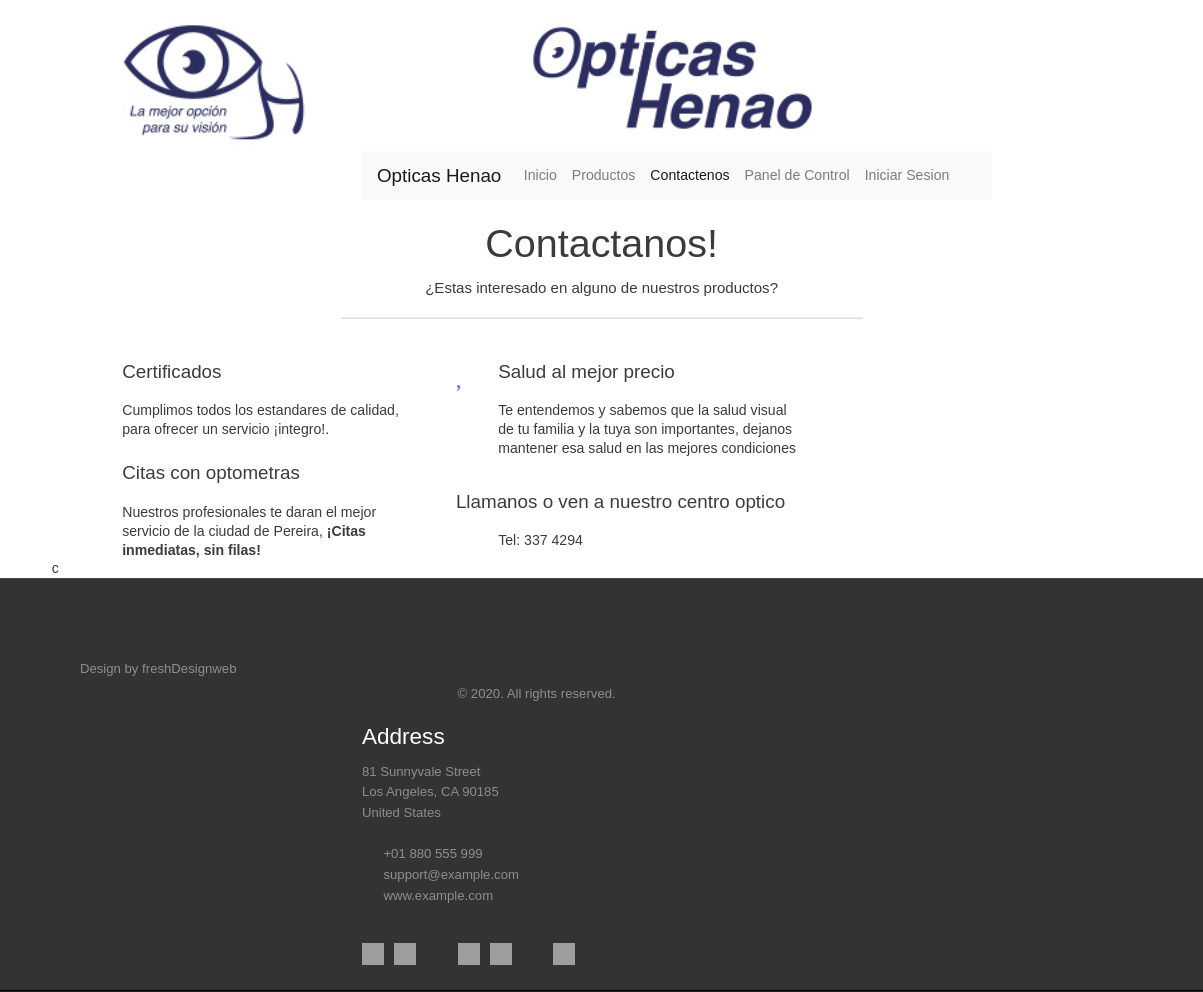
Repository: camilo1505/optometra
Page: contactanos.html
These files come from the project's save history. The page is drawn as it stood at one moment and after the next save; the edit follows.
The browser window is 1280 px wide. The pictures show the whole page, at 94% of full size.
Pictures or frames that could not be fetched are drawn as grey boxes. Some web fonts or font styles are not loaded; a fallback is used.

Above is the page before, as saved 2019-04-14 21:55:48.
Console error (its wording comes from the project's code and is left out).

### contactanos.html
<!DOCTYPE html>
<html lang="es">

<head>
  <meta charset="UTF-8">
  <meta name="viewport" content="width=device-width, initial-scale=1.0">
  <title>Opticas Henao</title>
  <link href="css/styles.css" rel="stylesheet">
  <link href="css/bootstrap-override.css" rel="stylesheet">
  <link href="css/font-awesome/font-awesome.css" rel="stylesheet">
  <link rel="stylesheet" href="css/flexslider.css" type="text/css" media="screen">
</head>

<body>
  <header id="header">
    <div class="container">
      <div class="row t-container">
        <div class="span3">
          <div class="logo">
            <a href="index.html"><img src="logo.png" alt="" /></a>
          </div>
        </div>
        <div class="span7">
          <div class="row space10"></div>
          <img src="nombre.png" alt="">
          <nav class="navbar navbar-expand-lg navbar-light bg-light">
            <a class="navbar-brand" href="index.html">Opticas Henao</a>
            <button class="navbar-toggler" type="button" data-toggle="collapse" data-target="#navbarSupportedContent"
              aria-controls="navbarSupportedContent" aria-expanded="false" aria-label="Toggle navigation">
              <span class="navbar-toggler-icon"></span>
            </button>
            <div class="collapse navbar-collapse" id="navbarNav">
              <ul class="navbar-nav">
                <li>
                  <a class="nav-link" href="index.html">Inicio<span class="sr-only">(current)</span></a>
                </li>
                <li>
                  <a class="nav-link" href="productos.php">Productos<span class="sr-only">(current)</span></a>
                </li>
                <li class="nav-item active">
                  <a class="nav-link" href="contactanos.html">Contactenos<span class="sr-only">(current)</span></a>
                </li>
                <li>
                  <a class="nav-link" href="php/panel-control.php">Panel de Control<span class="sr-only">(current)</span></a>
                </li>
                <li>
                    <a class="nav-link" href="login.html">Iniciar Sesion<span class="sr-only">(current)</span></a>
                </li>
              </ul>
            </div>
          </nav>
        </div>
      </div>
  </header>

  <div id="content">
    <div class="container">
      <div class="f-center">
        <h2>Contactanos!</h2>
        <div class="head-info">
          ¿Estas interesado en alguno de nuestros productos?
        </div>
      </div>
      <div class="f-hr"></div>
      <div class="row space40"></div>
      <div class="row">
        <div class="span12">
          <div class="row">
            <!-- Service Container -->
            <div class="span4">
              <!-- Service Icon -->
              <div class="ic-1"><i class="icon-ok"></i></div>
              <!-- Service Title -->
              <div class="title-1">
                <h4>Certificados</h4>
              </div>
              <!-- Service Content -->
              <div class="text-1">
                Cumplimos todos los estandares de calidad, para ofrecer un servicio ¡integro!.
              </div>
            </div>
            <!-- Service Container End -->
            <div class="span4">
              <div class="ic-1"><i class="icon-heart"></i></div>
              <div class="title-1">
                <h4>Salud al mejor precio</h4>
              </div>
              <div class="text-1">
                Te entendemos y sabemos que la salud visual de tu familia y la tuya son importantes, dejanos mantener esa salud en las mejores condiciones
              </div>
            </div>
            <div class="span4">
              <div class="ic-1"><i class="icon-eye-open"></i></div>
              <div class="title-1">
                <h4>Citas con optometras</h4>
              </div>
              <div class="text-1">
                Nuestros profesionales te daran el mejor servicio de la ciudad de Pereira,<b> ¡Citas inmediatas, sin filas!</b>
              </div>
            </div>
            <!-- Service Container -->
            <div class="span4">
              <!-- Service Icon -->
              <div class="ic-1"><i class="icon-phone"></i></div>
              <!-- Service Title -->
              <div class="title-1">
                <h4>Llamanos o ven a nuestro centro optico</h4>
              </div>
              <!-- Service Content -->
              <div class="text-1">
                Tel: 337 4294

              </div>
            </div>
          </div>
        </div>
        c
      </div>
    </div>
  </div>
  <!-- Content End -->

  <!-- Footer -->
  <footer id="footer">
    <div class="container">

      <div class="row space50"></div>
      <div class="row">
        <div class="span6">
          <div class="logo-footer">
            Design by <a href="https://www.freshdesignweb.com">freshDesignweb</a>
          </div>
        </div>
        <div class="span6 right">
          &copy; 2020. All rights reserved.
        </div>
        <div class="span3 offset3">
          <h3>Address</h3>
          81 Sunnyvale Street<br>
          Los Angeles, CA 90185<br>
          United States<br>
          <br>
          <i class="icon-phone"></i>+01 880 555 999<br>
          <i class="icon-envelope"></i><a href="mailto:support@example.com">support@example.com</a><br>
          <i class="icon-home"></i><a href="#">www.example.com</a>

          <div class="row space40"></div>

          <a href="#" class="social-network sn2 behance"></a>
          <a href="#" class="social-network sn2 facebook"></a>
          <a href="#" class="social-network sn2 pinterest"></a>
          <a href="#" class="social-network sn2 flickr"></a>
          <a href="#" class="social-network sn2 dribbble"></a>
          <a href="#" class="social-network sn2 lastfm"></a>
          <a href="#" class="social-network sn2 forrst"></a>
          <a href="#" class="social-network sn2 xing"></a>
        </div>
      </div>

    </div>
  </footer>
  <!-- Footer End -->
  <!-- JavaScripts -->
  <script type="text/javascript" src="js/jquery-1.8.3.min.js"></script>
  <script type="text/javascript" src="js/bootstrap.min.js"></script>
  <script type="text/javascript" src="js/functions.js"></script>
  <script type="text/javascript" defer src="js/jquery.flexslider.js"></script>
</body>

</html>

### css/bootstrap-override.css
/*  Resolutions below 1200px  */

@media (max-width: 1200px) {

  #header {
	  height:auto;
  }
  #titlebar h3{ padding-left:10px;}
  .texture{
    left:-148px;
    width:560px;
  }

  .texture-footer {
    width:68%;
    right:-130px;
  }

  .logo {
    margin-top:60px;
  }

  .form-main input, .form-main textarea {
    width:93.7%;
  }

  .form-comment input {
    width:92.2%;
  }

  .form-comment textarea {
    width:96.2%;
  }

  #map {
    height:220px;
  }

}

/*  Resolutions below 980px  */

@media (max-width: 980px) {

  #header {
    height:auto;
  }

  .texture{
    left:-116px;
    width:440px;
  }

  .texture-footer {
    width:70%;
    top:0px;
    right:-102px;
  }

  .logo {
    margin-top:45px;
  }

  .form-main input, .form-main textarea {
    width:92%;
  }

  .form-comment input {
    width:89.5%;
  }

  .form-comment textarea {
    width:95%;
  }

  #map {
    height:166px;
  }

}

/*  Resolutions below 768px  */

@media (max-width: 768px) {

  #header, #footer, #content {
    padding:0 12px;
  }

  #header {
    height:auto;
  }

  .h-button {
    position:relative;
  }

  #our-clients img {
    width:auto !important;
    float:left;
  }

  .f-right {
    float:left !important;
  }

  .right {
    text-align:left !important;
  }

  .text-1 {
    padding:0px !important;
  }

  .back-top {
    top:0px !important;
    float:left !important;
  }

  .search-box {
    clear:both;
  }

  .search {
    width:83%;
    padding-left:2%;
  }

  /* vertical padding for span* */
  [class*="span"] {
    margin-bottom: 12px !important;
  }

  /* height of space* */
  [class*="space"] {
    height:10px !important;
  }

  h1 {
    padding-top:0px;
  }

    /* Main Navigation - Hidden */
  .navbar .nav {
    display:none !important;
  }

  .navbar {
    float:left !important;
    width:100%;
  }

  /* Select Box Navigation - Show */
  .navbar .nav-responsive {
    display:block !important;
    width:100%;
    clear:both;
  }

  .logo {
    width:200px;
  }

  .texture {
    display:none !important;
  }

  .texture-footer {
    display:none;
  }

  .form-main input, .form-main textarea {
    width:96%;
    padding-left:2%;
    padding-right:2%;
  }

  .form-comment input {
    width:92%;
    padding-left:2%;
    padding-right:2%;
  }

  .form-comment textarea {
    width:92%;
    padding-left:2%;
    padding-right:2%;
  }

}

### css/flexslider.css
/*
 * jQuery FlexSlider v2.0
 * http://www.woothemes.com/flexslider/
 *
 * Copyright 2012 WooThemes
 * Free to use under the GPLv2 license.
 * http://www.gnu.org/licenses/gpl-2.0.html
 *
 * Contributing author: Tyler Smith (@mbmufffin)
 */


/* Browser Resets */
.flex-container a:active,
.flexslider a:active,
.flex-container a:focus,
.flexslider a:focus  {outline: none;}
.slides,
.flex-control-nav,
.flex-direction-nav {margin: 0; padding: 0; list-style: none;}

/* FlexSlider Necessary Styles
*********************************/
.flexslider {margin: 0; padding: 0;}
.flexslider .slides > li {display: none; -webkit-backface-visibility: hidden;} /* Hide the slides before the JS is loaded. Avoids image jumping */
.flexslider .slides img {width: 100%; display: block;}
.flex-pauseplay span {text-transform: capitalize;}

/* Clearfix for the .slides element */
.slides:after {content: "."; display: block; clear: both; visibility: hidden; line-height: 0; height: 0;}
html[xmlns] .slides {display: block;}
* html .slides {height: 1%;}

/* No JavaScript Fallback */
/* If you are not using another script, such as Modernizr, make sure you
 * include js that eliminates this class on page load */
.no-js .slides > li:first-child {display: block;}


/* FlexSlider Default Theme
*********************************/
.flexslider {margin: 0px; background: #fff; border: 0px solid #fff; position: relative; -webkit-border-radius: 0px; -moz-border-radius: 0px; -o-border-radius: 0px; border-radius: 0px; box-shadow: 0 0px 0px rgba(0,0,0,.2); -webkit-box-shadow: 0 0px 0px rgba(0,0,0,.2); -moz-box-shadow: 0 0px 0px rgba(0,0,0,.2); -o-box-shadow: 0 0px 0px rgba(0,0,0,.2); zoom: 1;}
.flex-viewport {max-height: 2000px; -webkit-transition: all 1s ease; -moz-transition: all 1s ease; transition: all 1s ease;}
.loading .flex-viewport {max-height: 300px;}
.flexslider .slides {zoom: 1;}

.carousel li {margin-right: 5px}

/* Direction Nav */
/*
.flex-direction-nav {*height: 0;}
.flex-direction-nav a {width: 20px; height: 40px; margin: -25px 0 0; display: block; background: url(../img/bg-direction-nav.png) no-repeat 0 0; position: absolute; bottom: 20px; z-index: 10; cursor: pointer; font-size:0px; text-indent: -20px; opacity: 0.9; -webkit-transition: all .3s ease;}
.flex-direction-nav .flex-next {background-position: 100% 0; right: 20px; }
.flex-direction-nav .flex-prev {right: 60px;}
.flexslider:hover .flex-next {opacity: 0.9; right: 20px;}
.flexslider:hover .flex-prev {opacity: 0.9; right: 60px;}
.flexslider:hover .flex-next:hover, .flexslider:hover .flex-prev:hover {opacity: 1;}
.flex-direction-nav .flex-disabled {opacity: .6!important; filter:alpha(opacity=60); cursor: default;}
*/

/* Control Nav */
.flex-control-nav {display:none; width: 100%; position: absolute; bottom: 12px; right: 12px; text-align: right;}
.flex-control-nav li {margin: 0 6px; display: inline-block; zoom: 1; *display: inline;}
.flex-control-paging li a {width: 8px; height: 8px; display: block; background: #fff; background: rgba(0,0,0,0); border:2px solid #b8b8b8; cursor: pointer; font-size:0px; text-indent: -20px; -webkit-border-radius: 20px; -moz-border-radius: 20px; -o-border-radius: 20px; border-radius: 20px; box-shadow: inset 0 0 3px rgba(0,0,0,0.3);}
.flex-control-paging li a:hover { background: #fff; background: rgba(255,255,255,0.2); }
.flex-control-paging li a.flex-active {position:relative; top: -2px; width: 12px; height: 12px; border:0px; background: #fff; background: rgba(255,255,255,0.9); cursor: default; }

.flex-control-thumbs {margin: 5px 0 0; position: static; overflow: hidden;}
.flex-control-thumbs li {width: 25%; float: left; margin: 0;}
.flex-control-thumbs img {width: 100%; display: block; opacity: .7; cursor: pointer;}
.flex-control-thumbs img:hover {opacity: 1;}
.flex-control-thumbs .flex-active {opacity: 1; cursor: default;}

@media screen and (max-width: 860px) {
.slider1 .flex-direction-nav a {position: absolute; bottom: 20px;}
.slider1 .flex-direction-nav .flex-prev {opacity: 0.8; left: 20px !important; text-indent: -500px; -webkit-transition: position 0.6s ease;}
.slider1 .flex-direction-nav .flex-next {opacity: 0.8; right: 20px !important; text-indent: -500px; -webkit-transition: position 0.6s ease;}
.slider1:hover .flex-prev {opacity: 1; left: 20px !important;}
.slider1:hover .flex-next {opacity: 1; right: 20px !important;}
.slider1 .flex-control-nav {display:none;}
}

/* Direction Nav Slider1 */
.slider1 .flex-direction-nav {*height: 0;}
.slider1 .flex-direction-nav a {width: 40px; height: 40px; margin: -20px 0 0 0; display: block; background: url(../img/bg-direction-nav.png) no-repeat 0 0; position: absolute; top: 50%; z-index: 10; cursor: pointer; font-size:0px; text-indent: -20px; opacity: 0.5; -webkit-transition: all .3s ease;}
.slider1 .flex-direction-nav .flex-next {background-position: 100% 0; right: 20px;}
.slider1 .flex-direction-nav .flex-prev {left: 20px;}
.slider1:hover .flex-next {opacity: .8; right: 20px;}
.slider1:hover .flex-prev {opacity: .8; left: 20px;}
.slider1 .flexslider:hover .flex-next:hover, .flexslider:hover .flex-prev:hover {opacity: 1;}
.slider1 .flex-direction-nav .flex-disabled {opacity: .6!important; filter:alpha(opacity=60); cursor: default;}

/* Direction Nav Slider2 */
.slider2  {background:transparent;}
.slider2 .flex-direction-nav {*height: 0;}
.slider2 .flex-direction-nav a {width: 34px; height: 34px; margin: -21px 0 0; display: block; background: url(../img/bg-direction-nav-2.png) no-repeat 0 0; position: absolute; top: -23px; z-index: 10; cursor: pointer; text-indent: -2500px; opacity: .8; -webkit-transition: all .3s ease;}
.slider2 .flex-direction-nav .flex-next {background-position: 100% 0; right: 0px; }
.slider2 .flex-direction-nav .flex-prev {right: 35px;}
.slider2:hover .flex-next {opacity: 1;}
.slider2:hover .flex-prev {opacity: 1;}
.slider2 .flexslider:hover .flex-next:hover, .flexslider:hover .flex-prev:hover {opacity: .8;}
.slider2 .flex-direction-nav .flex-disabled {opacity: .6!important; filter:alpha(opacity=60); cursor: default;}
.slider2 .flex-control-nav {display:none;}

Loaded but not shown: css/font-awesome/font-awesome.css (library); css/bootstrap.min.css (library); css/bootstrap-responsive.min.css (library); js/jquery-1.8.3.min.js (library); js/bootstrap.min.js (library); js/jquery.flexslider.js (library); js/functions.js (217 lines, source omitted); css/styles.css (1527 lines, source omitted)

After the next save:
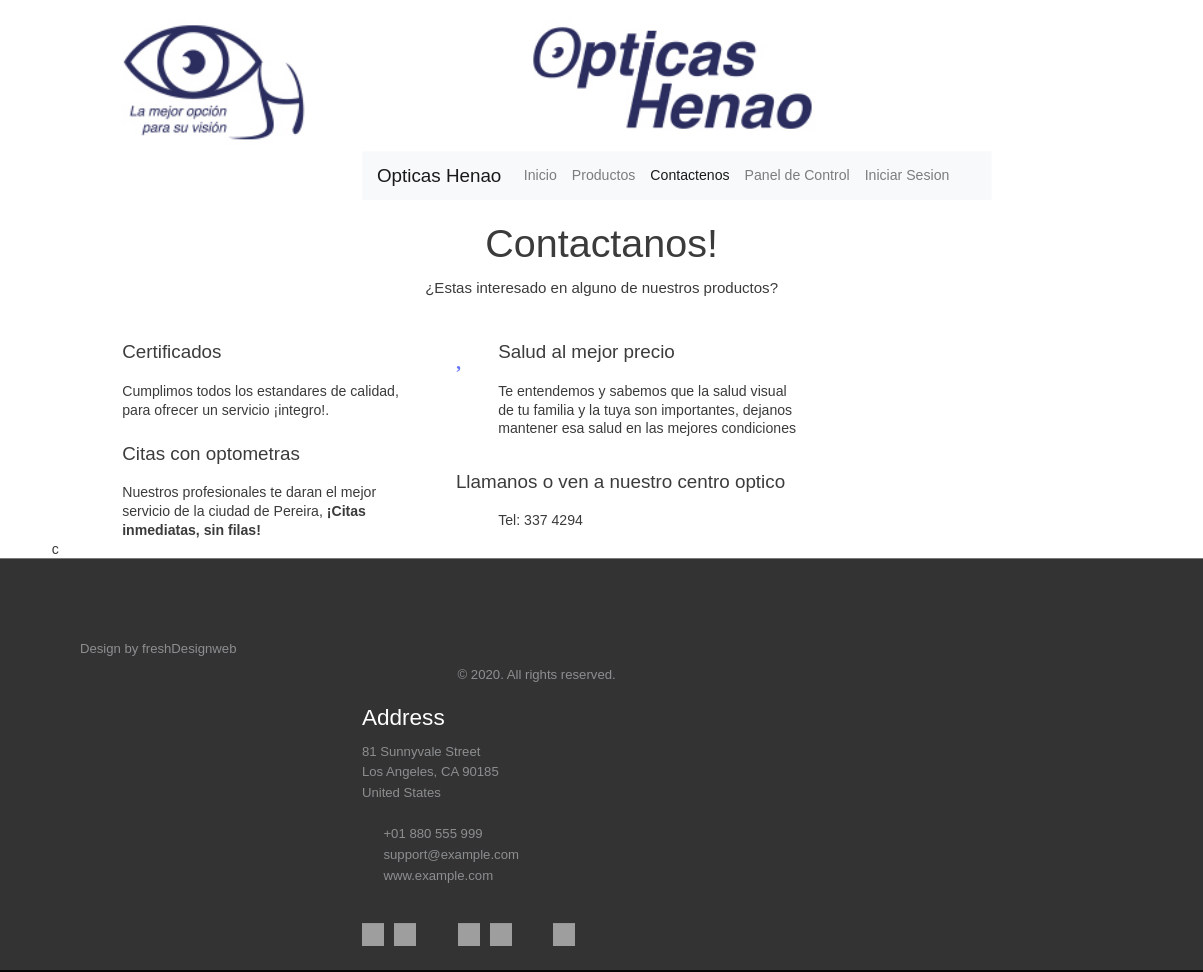
Saved 13 s later.
--- a/contactanos.html
+++ b/contactanos.html
@@ -61,7 +61,7 @@
           ¿Estas interesado en alguno de nuestros productos?
         </div>
       </div>
-      <div class="f-hr"></div>
+      <div class="f-center"></div>
       <div class="row space40"></div>
       <div class="row">
         <div class="span12">

After the save that followed:
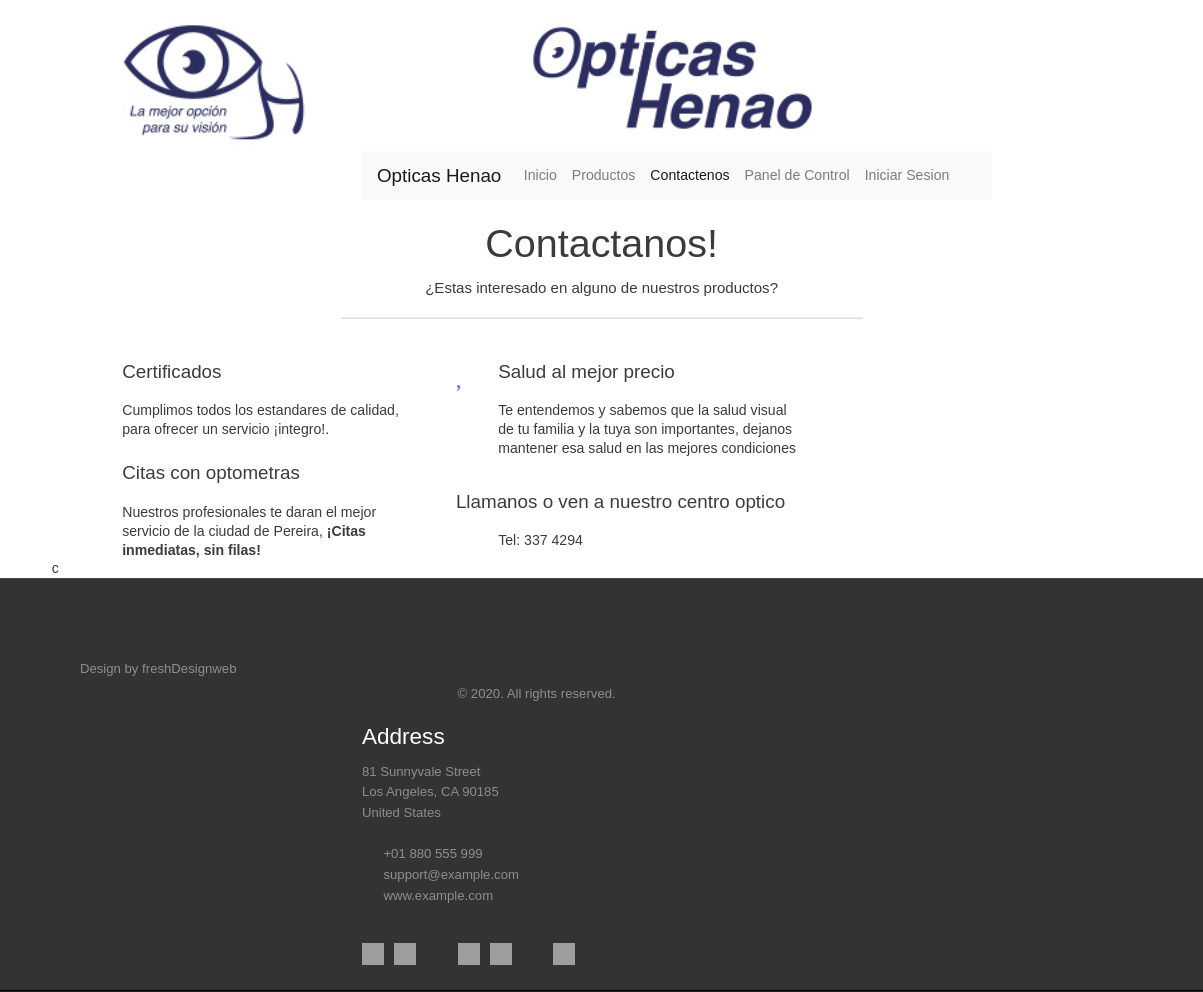
Saved 9 s later.
--- a/contactanos.html
+++ b/contactanos.html
@@ -61,7 +61,7 @@
           ¿Estas interesado en alguno de nuestros productos?
         </div>
       </div>
-      <div class="f-center"></div>
+      <div class="f-hr"></div>
       <div class="row space40"></div>
       <div class="row">
         <div class="span12">
